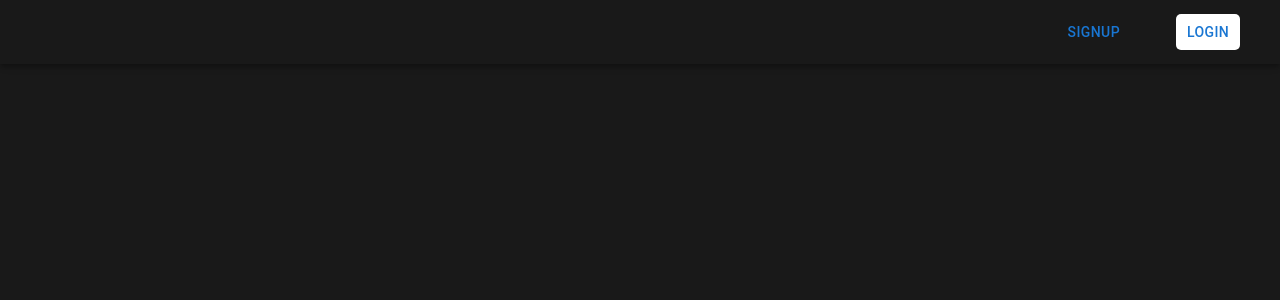
Repository: Armstrong2035/ikigai
Page: / (app in Ikigai/ikigai/)
The author's editor kept a copy of each file at every save. The page is drawn from the files as they stood at one save, then again after the next save.
The browser window is 1280 px wide. The pictures show the whole page.
The project was rebuilt for these pictures with package versions that can differ from the ones it lists, and the page was loaded fresh each time. The framework's server and built-in components were replaced by stand-ins that run in the browser. Also part of the build but not shown: Ikigai/ikigai/next.config.mjs.

Above is the page before, as saved 2024-09-06 18:53:19.

After the next save:
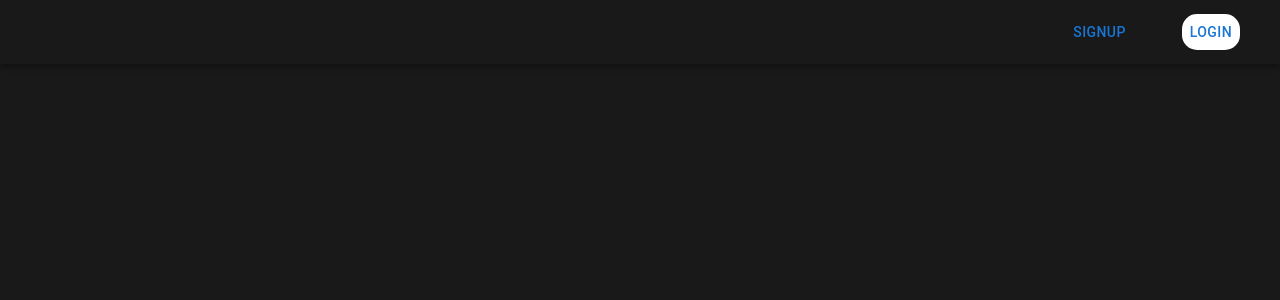
Saved 16 h 7 min later.
--- a/Ikigai/ikigai/components/LandingPage/NavBar/NavBar.js
+++ b/Ikigai/ikigai/components/LandingPage/NavBar/NavBar.js
@@ -12,7 +12,8 @@ export default function NavBar() {
             <Button
               sx={{
                 backgroundColor: "white",
-                borderRadius: "5px",
+                borderRadius: "15px",
+                minWidth: "20px",
               }}
             >
               Login
